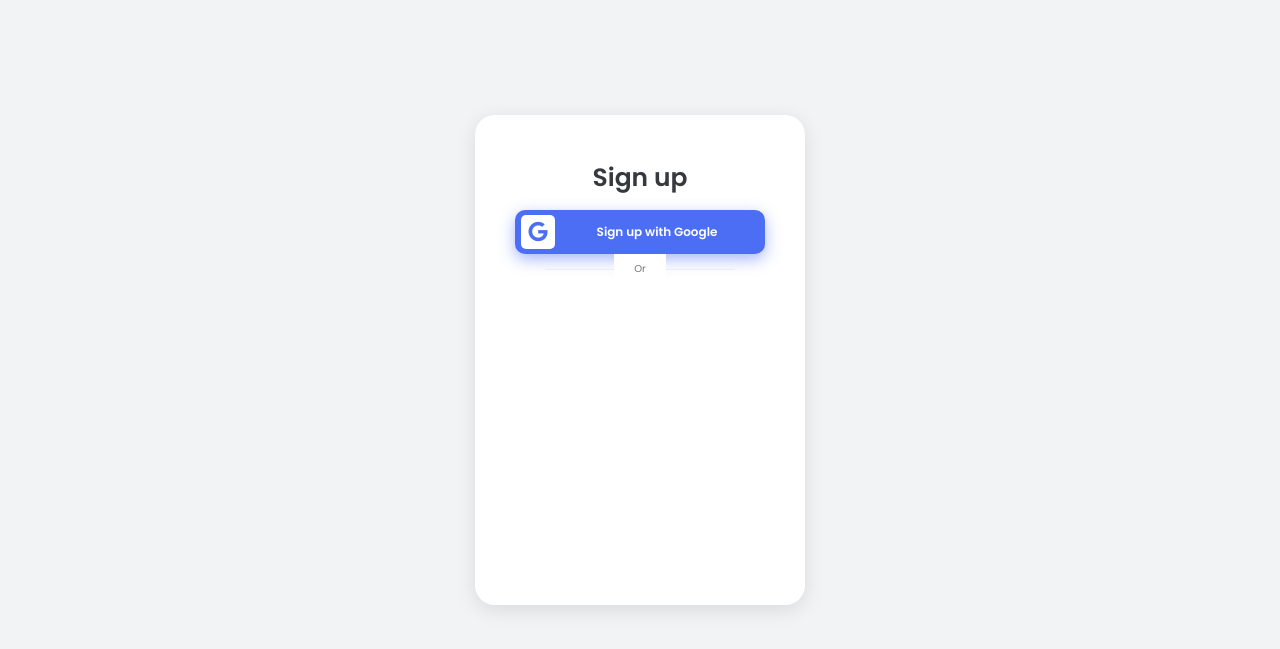
Repository: TranMinhMan040702/practice_html-css
Page: form-login/index.html
These files come from the project's save history. The page is drawn as it stood at one moment and after the next save; the edit follows.
The browser window is 1280 px wide. The pictures show the whole page.
Some web libraries are served in a nearby version.

Above is the page before, as saved 2022-08-24 13:22:50.

After the next save:
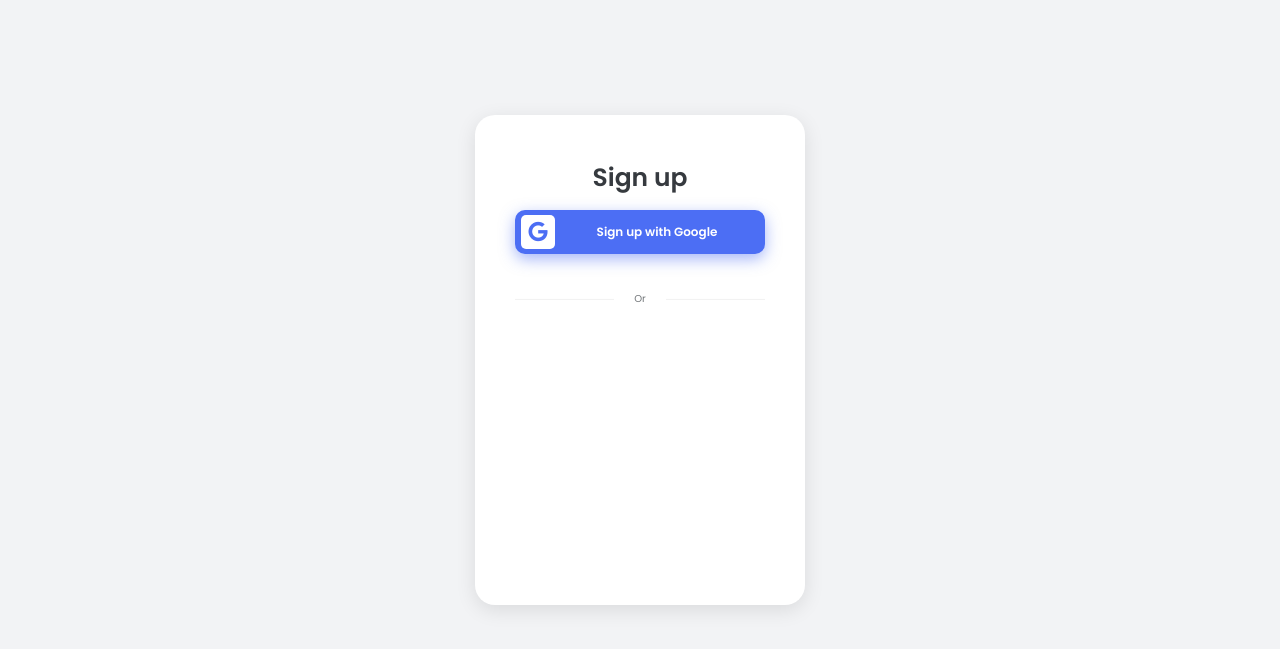
Saved 5 s later.
--- a/form-login/main.css
+++ b/form-login/main.css
@@ -74,7 +74,7 @@ body {
     color: #73777a;
     text-align: center;
     position: relative;
-    margin: 0 30px;
+    margin: 30px 0;
 }
 
 .signup-or span {
